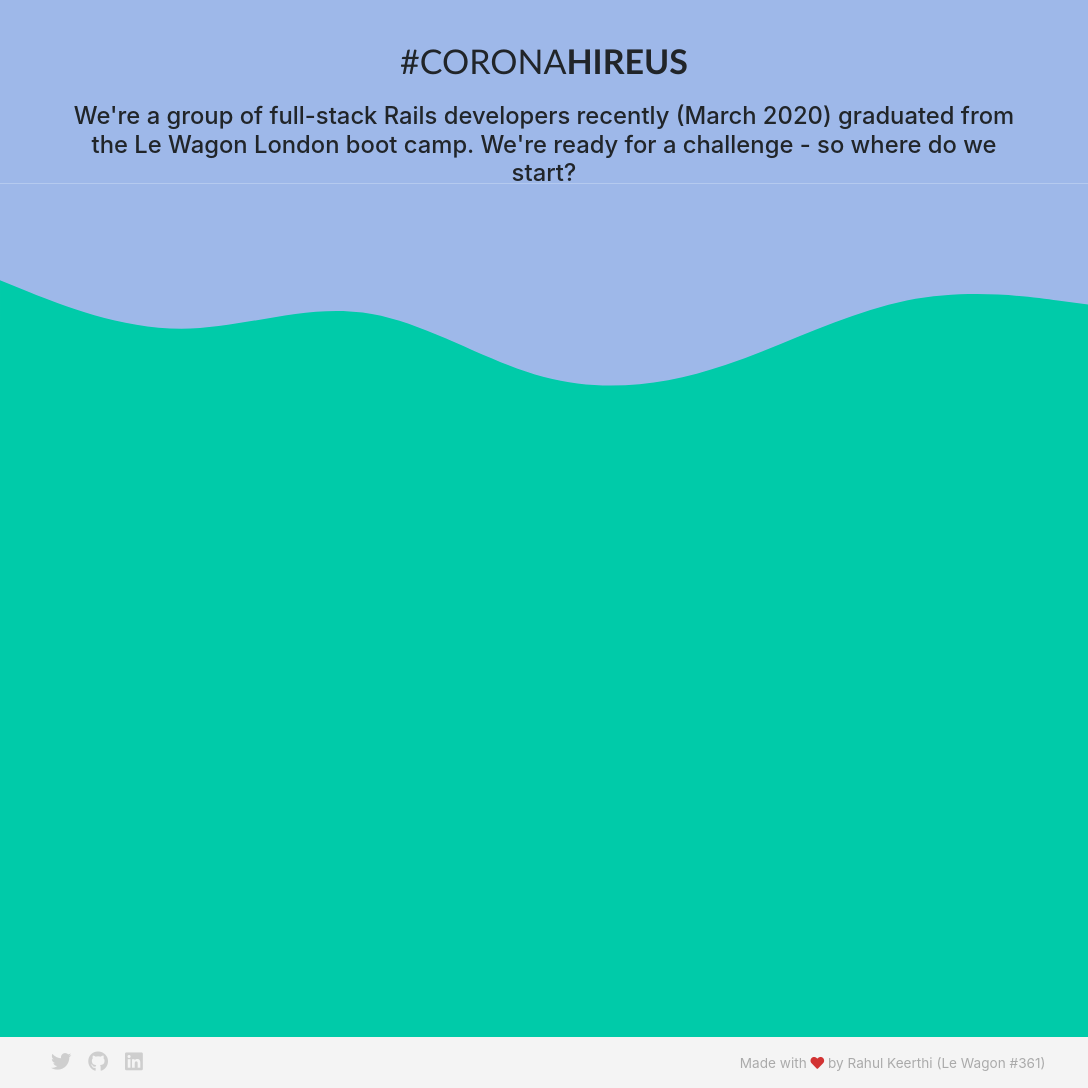
Repository: rahulkeerthi/coronahireus
Page: index.html
An editor plug-in stored every save of this project. The page is shown before and after the next save, followed by the edit.
The browser window is 1280 px wide. The pictures show the whole page, at 85% of full size.
Some web libraries are served in a nearby version.

Above is the page before, as saved 2020-03-27 23:11:04.

### index.html
<!DOCTYPE html>
<html lang="en">
<head>
    <meta charset="UTF-8">
    <meta name="viewport" content="width=device-width, initial-scale=1.0">
    <meta http-equiv="X-UA-Compatible" content="IE=edge">
    <title>Corona-Hire-Us</title>
    <link rel="stylesheet" href="style.css">
    <script src="main.js" defer></script>
    <link rel="shortcut icon" href="data:[embedded picture, 18 characters]" type="image/x-icon">
    <link rel="stylesheet" href="https://use.fontawesome.com/releases/v5.0.10/css/all.css">
    <link rel="stylesheet" href="https://stackpath.bootstrapcdn.com/bootstrap/4.3.1/css/bootstrap.min.css">
  </head>
<body>
    <div>
        <div class="wrapper">
            <div class="sky text-center">
                <h1 class="pt-5">#CORONA<strong>HIREUS</strong></h1>
                <h3 class="container py-3">We're a group of full-stack Rails developers recently (March 2020) graduated from the Le Wagon London boot camp. We're ready for a challenge - so where do we start?</h3>
            </div>
            <div class="hills">
                <svg xmlns="http://www.w3.org/2000/svg" viewBox="0 0 1440 320"><path fill="#00cba9" fill-opacity="1" d="M0,128L40,144C80,160,160,192,240,192C320,192,400,160,480,170.7C560,181,640,235,720,256C800,277,880,267,960,240C1040,213,1120,171,1200,154.7C1280,139,1360,149,1400,154.7L1440,160L1440,320L1400,320C1360,320,1280,320,1200,320C1120,320,1040,320,960,320C880,320,800,320,720,320C640,320,560,320,480,320C400,320,320,320,240,320C160,320,80,320,40,320L0,320Z"></path></svg>
            </div>
            <div class="field">
            </div>
        </div>
    </div>
    <div class="footer">
        <div class="footer-links">
            <a href="https://twitter.com/CoronaHire"><i class="fab fa-twitter"></i></a>
            <a href="https://github.com/rahulkeerthi/coronahireus"><i class="fab fa-github"></i></a>
            <a href="#"><i class="fab fa-linkedin"></i></a>
        </div>
        <div class="footer-copyright">
          Made with <i class="fas fa-heart"></i> by Rahul Keerthi (Le Wagon #361)
        </div>
      </div>
</body>
</html>

### style.css
body p {
    font-family: 'Lucida Sans', 'Lucida Sans Regular', 'Lucida Grande', 'Lucida Sans Unicode', Geneva, Verdana, sans-serif;
}

body h1 {
    font-family: 'Gill Sans', 'Gill Sans MT', Calibri, 'Trebuchet MS', sans-serif;
}

body h2 {

}

.wrapper {
    /* position: relative; */
}

.sky {
    background-color: #9eb8e9;
    height: 30vh;
}

.hills {
    background-color: #9eb8e9;
}

.field {
    background-color: #00cba9;
    height: 100vh;
}

/* FOOTER, BASED ON LE WAGON UI KIT */

.footer {
    background: #F4F4F4;
    display: flex;
    align-items: center;
    justify-content: space-between;
    height: 60px;
    padding: 0px 50px;
    color: rgba(0,0,0,0.3);
  }
  .footer-links {
    display: flex;
    align-items: center;
  }
  .footer-links a {
    color: black;
    opacity: 0.15;
    text-decoration: none;
    font-size: 24px;
    padding: 0px 10px;
  }
  .footer-links a:hover {
    color: #016151;
    opacity: 1;
  }
  .footer .fa-heart {
    color: #D23333;
  }

Loaded but not shown: main.js (no copy from this time; the picture is the same without it)

After the next save:
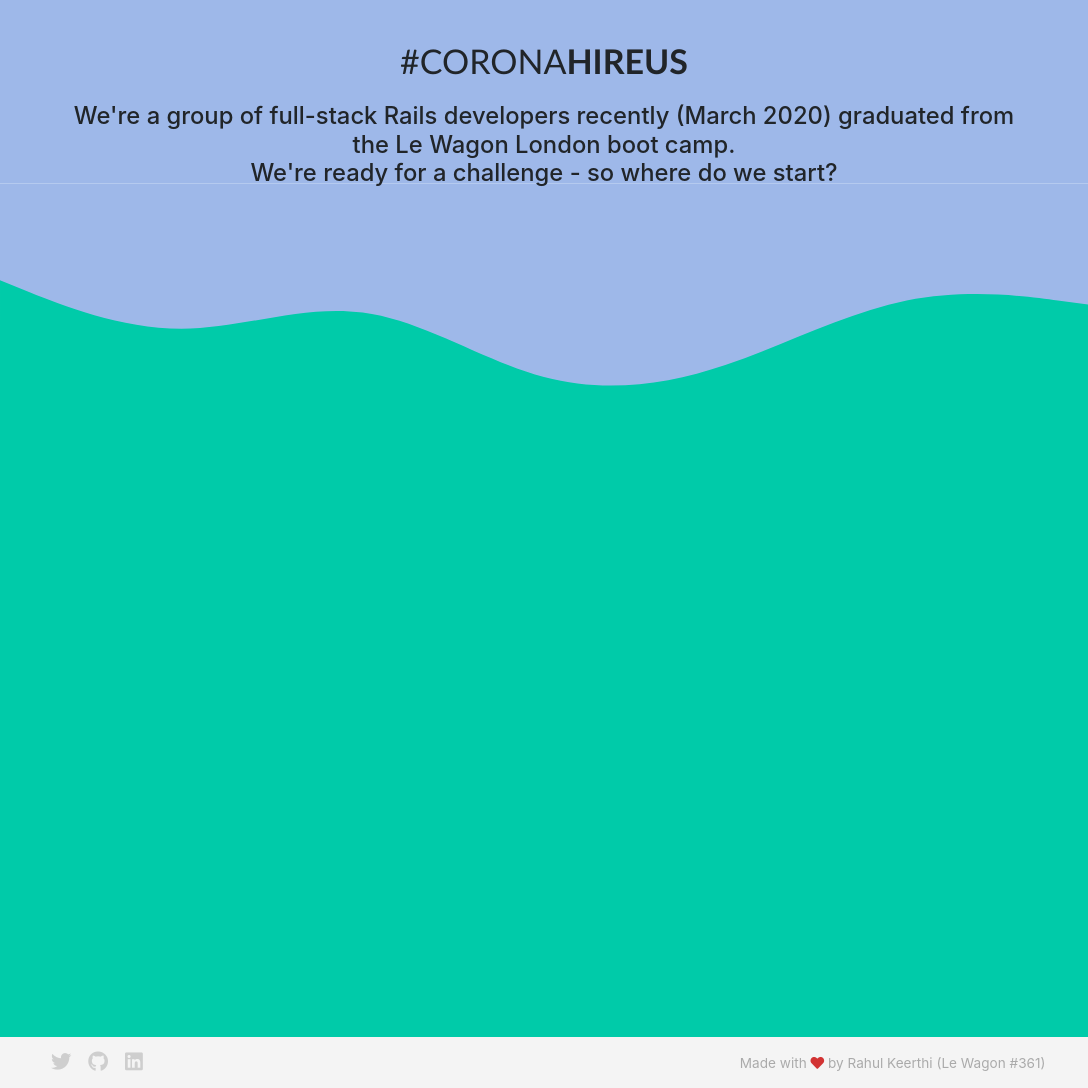
Saved 5 s later.
--- a/index.html
+++ b/index.html
@@ -16,7 +16,7 @@
         <div class="wrapper">
             <div class="sky text-center">
                 <h1 class="pt-5">#CORONA<strong>HIREUS</strong></h1>
-                <h3 class="container py-3">We're a group of full-stack Rails developers recently (March 2020) graduated from the Le Wagon London boot camp. We're ready for a challenge - so where do we start?</h3>
+                <h3 class="container py-3">We're a group of full-stack Rails developers recently (March 2020) graduated from the Le Wagon London boot camp. <br>We're ready for a challenge - so where do we start?</h3>
             </div>
             <div class="hills">
                 <svg xmlns="http://www.w3.org/2000/svg" viewBox="0 0 1440 320"><path fill="#00cba9" fill-opacity="1" d="M0,128L40,144C80,160,160,192,240,192C320,192,400,160,480,170.7C560,181,640,235,720,256C800,277,880,267,960,240C1040,213,1120,171,1200,154.7C1280,139,1360,149,1400,154.7L1440,160L1440,320L1400,320C1360,320,1280,320,1200,320C1120,320,1040,320,960,320C880,320,800,320,720,320C640,320,560,320,480,320C400,320,320,320,240,320C160,320,80,320,40,320L0,320Z"></path></svg>
